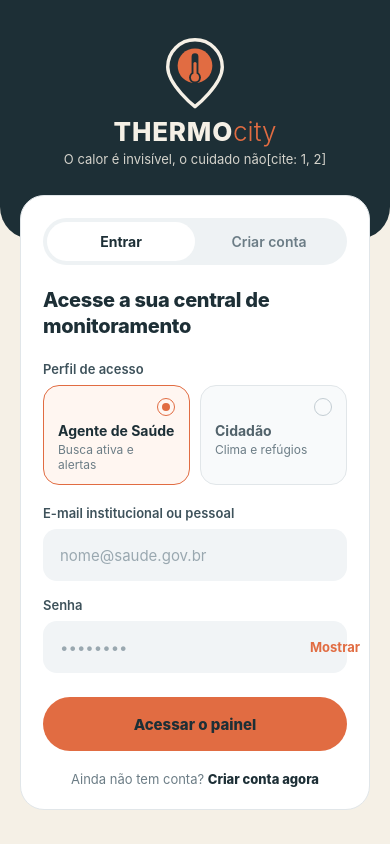
Repository: ThermoCity/thermo-city-mobile
Screen: /
The author's editor kept a copy of each file at every save. The screen is drawn from the files as they stood at one save, then again after the next save.
The app was drawn by React Native's web renderer in a window 390 px wide. The project was rebuilt for these pictures with package versions that can differ from the ones it lists, and the page was loaded fresh each time. Some packages were replaced by stand-ins written for this rebuild.

Above is the screen before, as saved 2026-11-14 02:21:52.

After the next save:
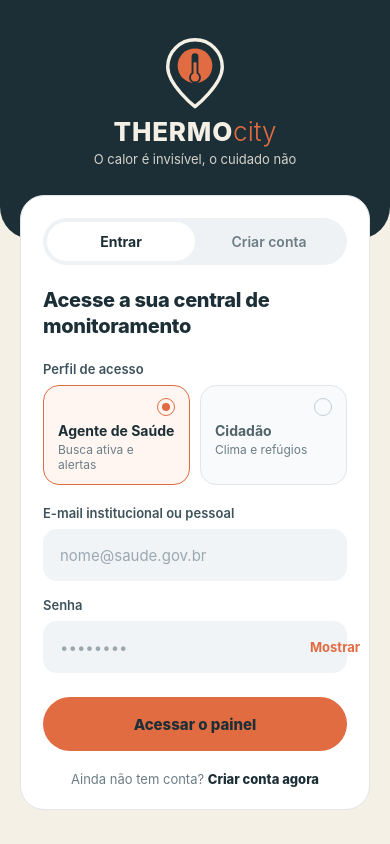
Saved 46 s later.
--- a/src/components/ThermoLogo.tsx
+++ b/src/components/ThermoLogo.tsx
@@ -62,7 +62,7 @@ export default function ThermoLogo({
 
       {showSlogan && (
         <Text style={[styles.sloganText, { color: thermoTextColor }]}>
-          O calor é invisível, o cuidado não[cite: 1, 2]
+          O calor é invisível, o cuidado não
         </Text>
       )}
     </View>
